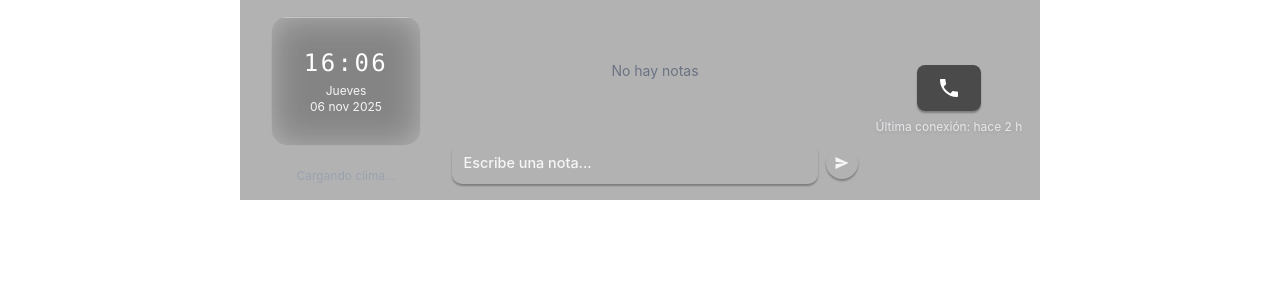
Repository: CodeByEvans/my-romantic-widget
Page: /
These files come from the project's save history. The page is drawn as it stood at one moment and after the next save; the edit follows.
The browser window is 1280 px wide. The pictures show the whole page.
The page's requests for data from a server got no answer. The project was rebuilt for these pictures with package versions that can differ from the ones it lists, and the page was loaded fresh each time. No one was signed in, and anything a server would have sent is missing. Also part of the build but not shown: vite.config.ts.

Above is the page before, as saved 2025-11-07 12:56:21.

After the next save:
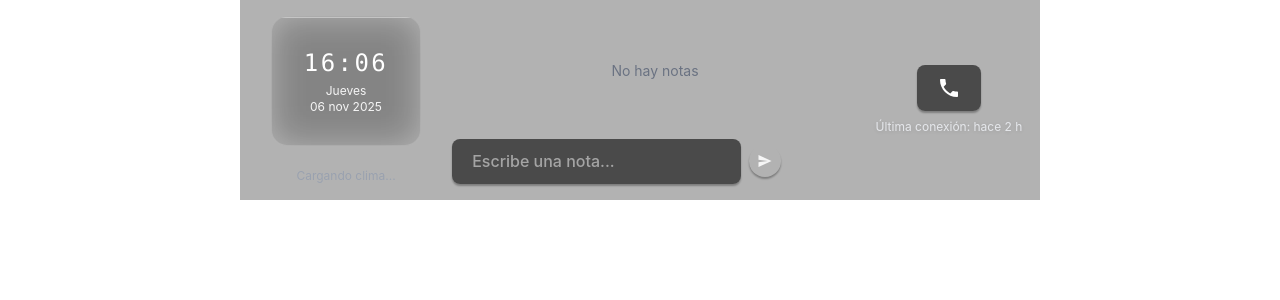
Saved 26 s later.
--- a/src/components/NoteInput.tsx
+++ b/src/components/NoteInput.tsx
@@ -3,11 +3,7 @@ import { IoMdSend } from "react-icons/io";
 export const NoteInput = () => {
   return (
     <form className="flex items-center gap-2 mt-2">
-      <input
-        type="text"
-        placeholder="Escribe una nota..."
-        className="theme-input"
-      />
+      <input type="text" placeholder="Escribe una nota..." className="" />
       <button type="submit" className="theme-button">
         <IoMdSend size={16} />
       </button>
